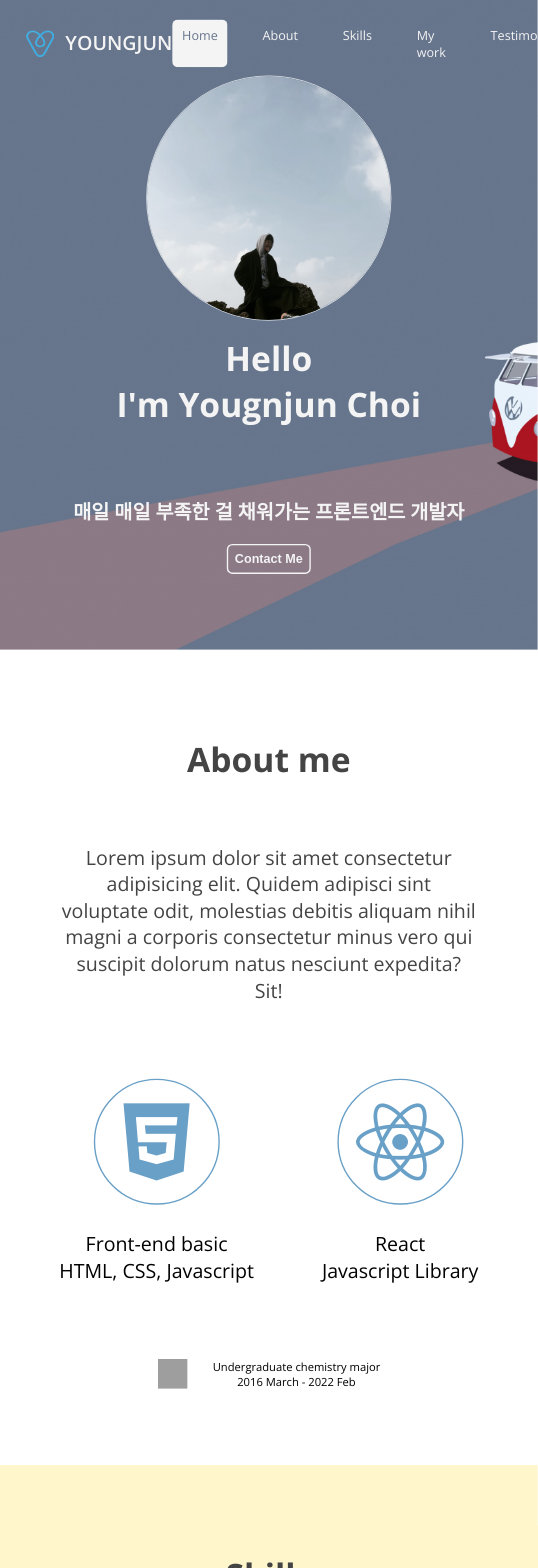
Repository: choi2021/portfolio-vanillaJS
Page: index.html
These files come from the project's save history. The page is drawn as it stood at one moment and after the next save; the edit follows.
The browser window is 768 px wide. The pictures show the part of the page from y = 0 to 2240 px (the page is 6414 px tall before and 5490 px after), at 70% of full size.
Pictures or frames that could not be fetched are drawn as grey boxes. Some web libraries are served in a nearby version.

Above is the page before, as saved 2022-01-08 14:43:38.

After the next save:
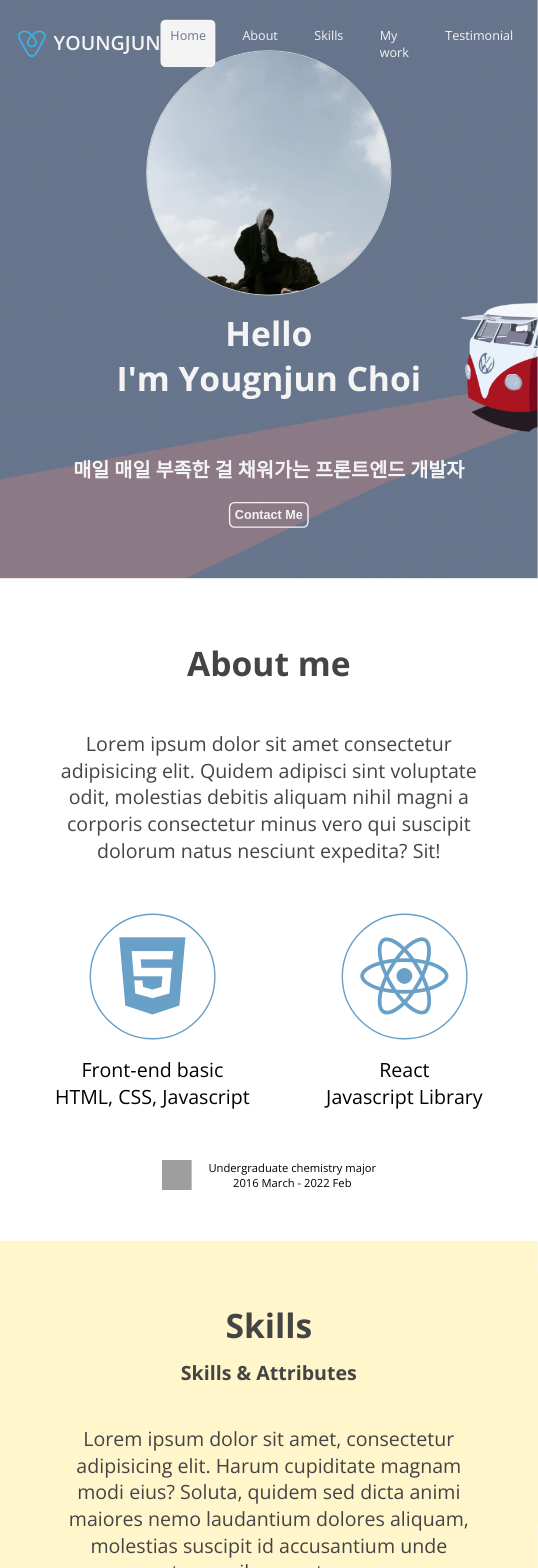
Saved 119 s later.
--- a/style.css
+++ b/style.css
@@ -521,3 +521,31 @@ button {
 .contact__rights {
   font-size: var(--font-regular);
 }
+
+@media screen and (max-width: 768px) {
+  :root {
+    /* Space */
+    --base-space: 24px;
+
+    /* Font weight */
+    --weight-bold: 700;
+    --weight-semi-bold: 600;
+    --weight-regular: 400;
+
+    /* Font-size */
+    --font-large: 48px;
+    --font-medium: 28px;
+    --font-regular: 18px;
+    --font-small: 16px;
+
+    /* size */
+    --count-size: 32px;
+    --border-size: 8px;
+    --logo-size: 43px;
+    --avatar-size: 350px;
+    --stack-size: 180px;
+    --project-width: 280px;
+    --project-height: 250px;
+    --testimonial-size: 250px;
+  }
+}
